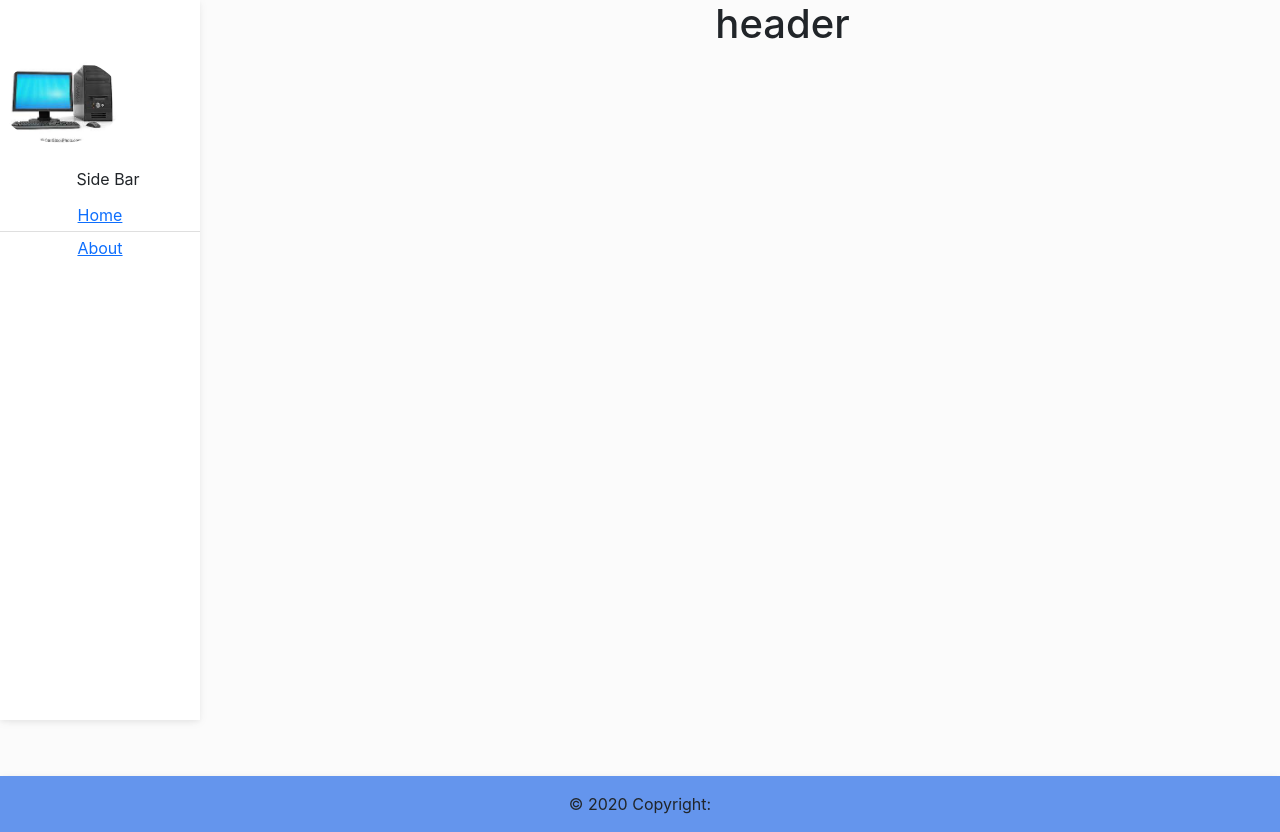
Repository: Sakshamccna/React
Page: /
An editor plug-in stored every save of this project. The page is shown before and after the next save, followed by the edit.
The browser window is 1280 px wide. The pictures show the whole page.
The project was rebuilt for these pictures with package versions that can differ from the ones it lists, and the page was loaded fresh each time. Also part of the build but not shown: src/Components/Header.css, src/Components/Home.tsx, src/Components/About.tsx.

Above is the page before, as saved 2022-12-26 12:27:55.

After the next save:
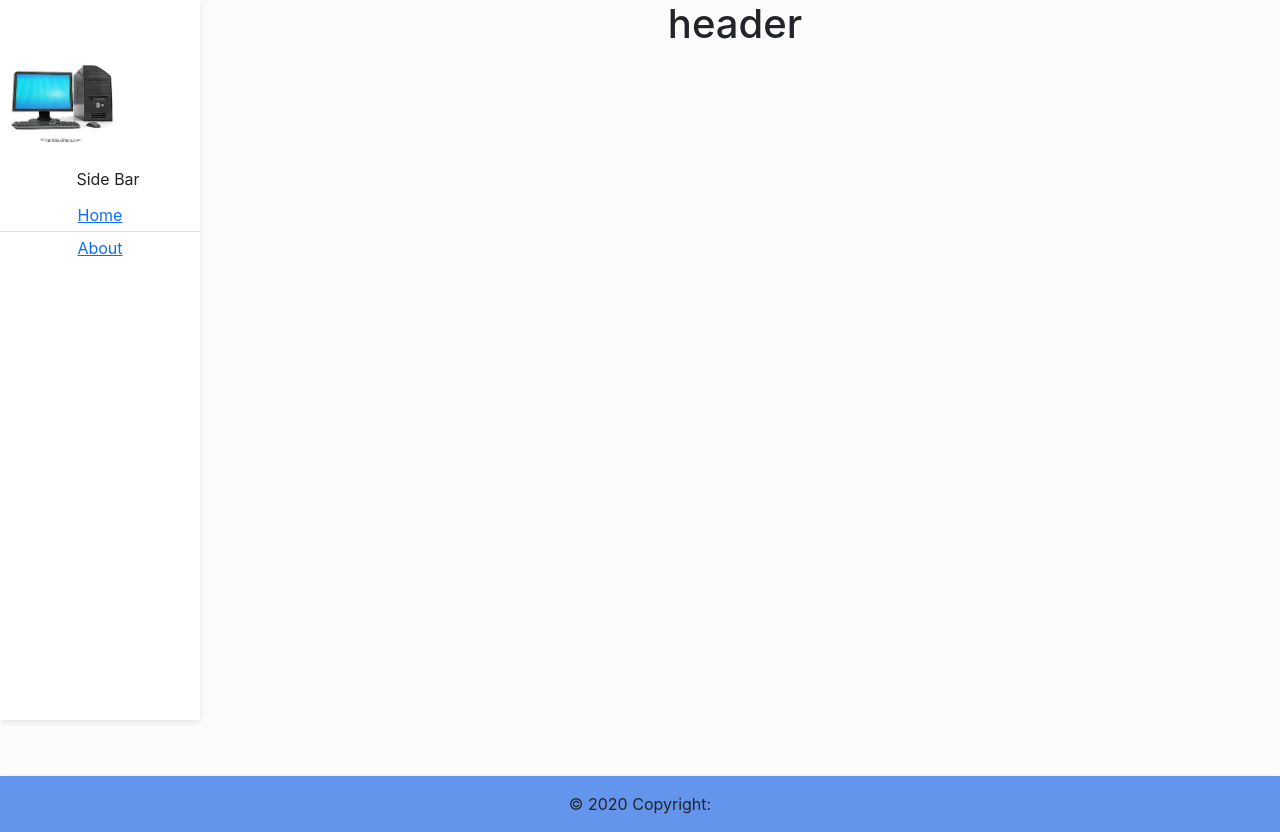
Saved 46 s later.
--- a/src/Components/Headers.tsx
+++ b/src/Components/Headers.tsx
@@ -16,10 +16,10 @@ function Headers() {
             </nav> */}
             <div className='container'>
                 <div className='row'>
-                    <div className='col-3'>
+                    <div className='col-2'>
 
                     </div>
-                    <div className='col-9'>
+                    <div className='col-10'>
                         <h1>header</h1>
                     </div>
                 </div>
